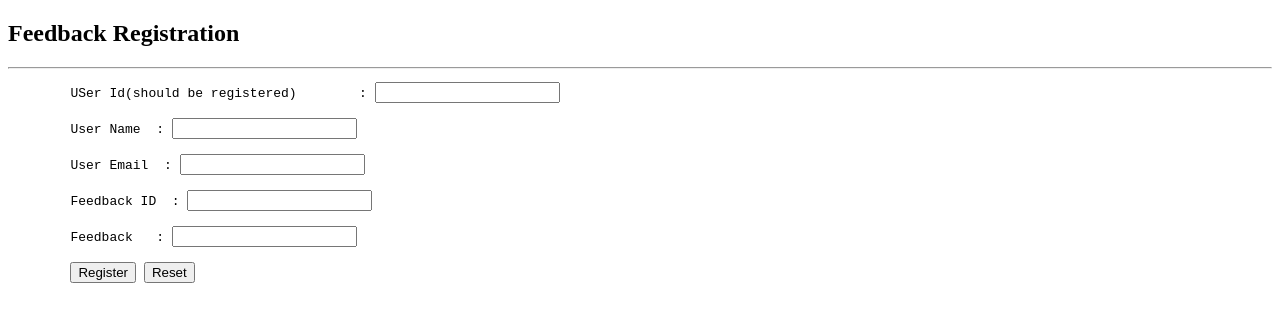
Repository: rathorea439/eLearning
Page: http://localhost/eLearing-springMVC/WEB-INF/views/add-feedback.jsp
The author's editor kept a copy of each file at every save. The page is drawn from the files as they stood at one save, then again after the next save.
The browser window is 1280 px wide. The pictures show the whole page.
The page is served by Tomcat 9. Nobody is signed in. The template is opened directly, without the code that normally fills it, so the values that code supplies are empty.

Above is the page before, as saved 2021-07-26 16:47:44.

After the next save:
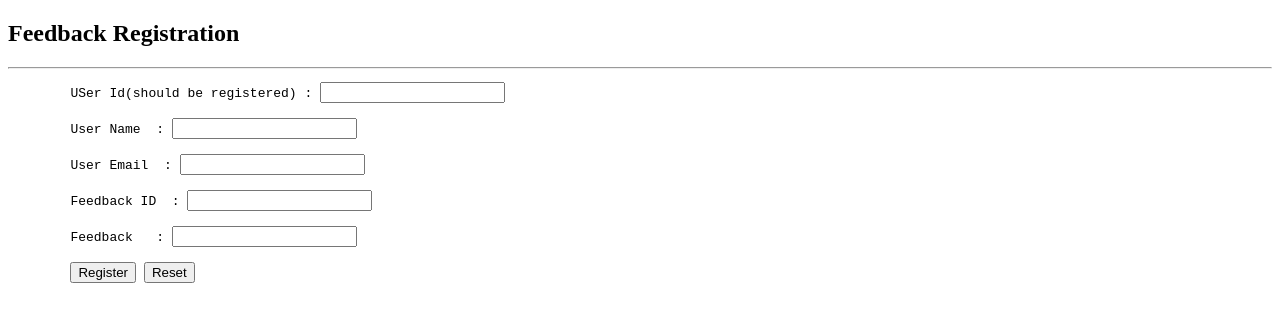
Saved 10 s later.
--- a/eLearing-springMVC/src/main/webapp/WEB-INF/views/add-feedback.jsp
+++ b/eLearing-springMVC/src/main/webapp/WEB-INF/views/add-feedback.jsp
@@ -12,7 +12,7 @@
 	<hr>
 	<form:form action="register3" method="POST" modelAttribute="feedback">
 		<pre>
-        USer Id(should be registered)        : <form:input path="user_id"  /><br>
+        USer Id(should be registered) : <form:input path="user_id"  /><br>
         User Name  : <form:input path="name"/><br>
         User Email  : <form:input path="email" /><br>
         Feedback ID  : <form:input path="f_id" /><br>
